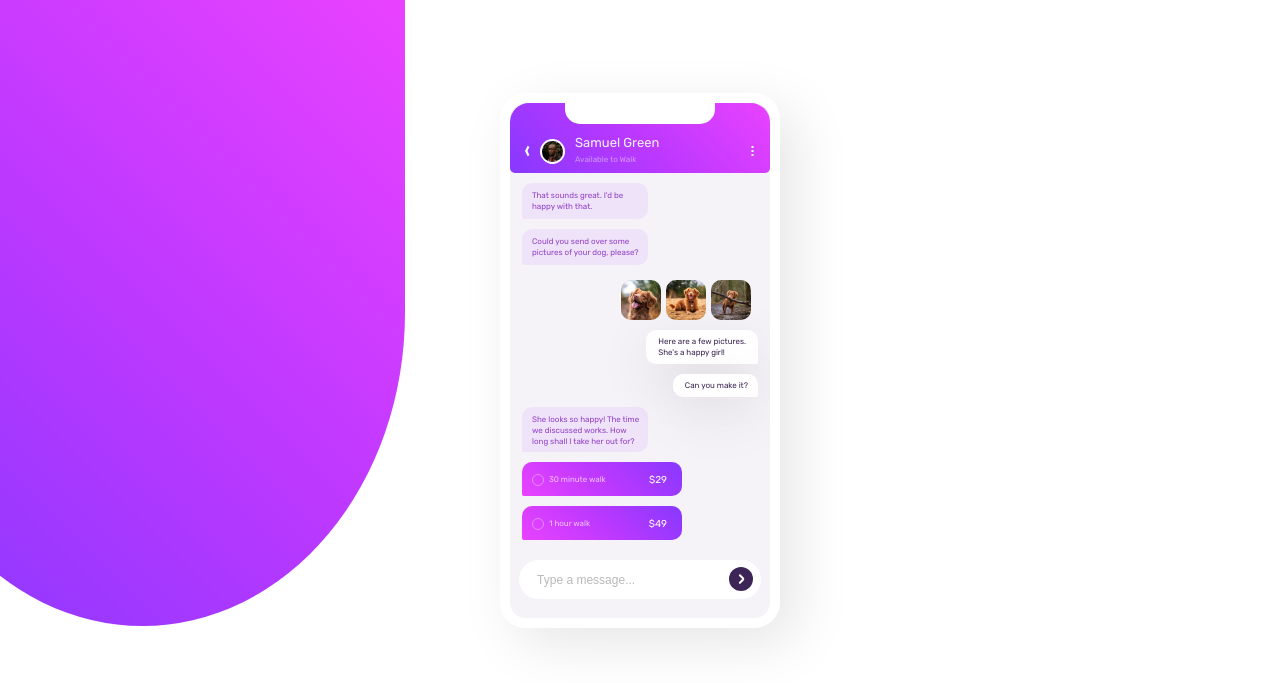
Repository: KamoliddinGIT/chat-app-css-illustration
Page: index.html
The author's editor kept a copy of each file at every save. The page is drawn from the files as they stood at one save, then again after the next save.
The browser window is 1280 px wide. The pictures show the whole page.

Above is the page before, as saved 2023-09-25 18:45:53.

After the next save:
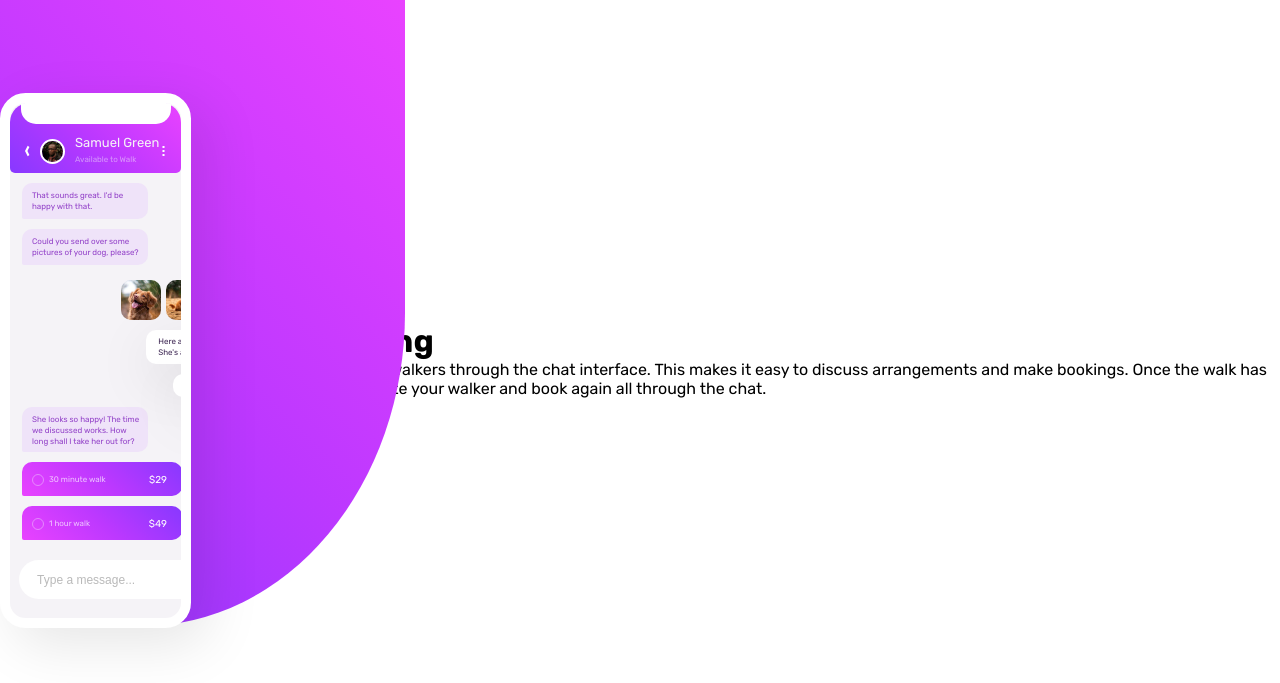
Saved 69 min 41 s later.
--- a/index.html
+++ b/index.html
@@ -76,6 +76,15 @@
           />
         </div>
       </div>
+      <div>
+        <h1>Simple booking</h1>
+        <p>
+          Stay in touch with our dog walkers through the chat interface. This
+          makes it easy to discuss arrangements and make bookings. Once the walk
+          has been completed you can rate your walker and book again all through
+          the chat.
+        </p>
+      </div>
     </div>
   </body>
 </html>
